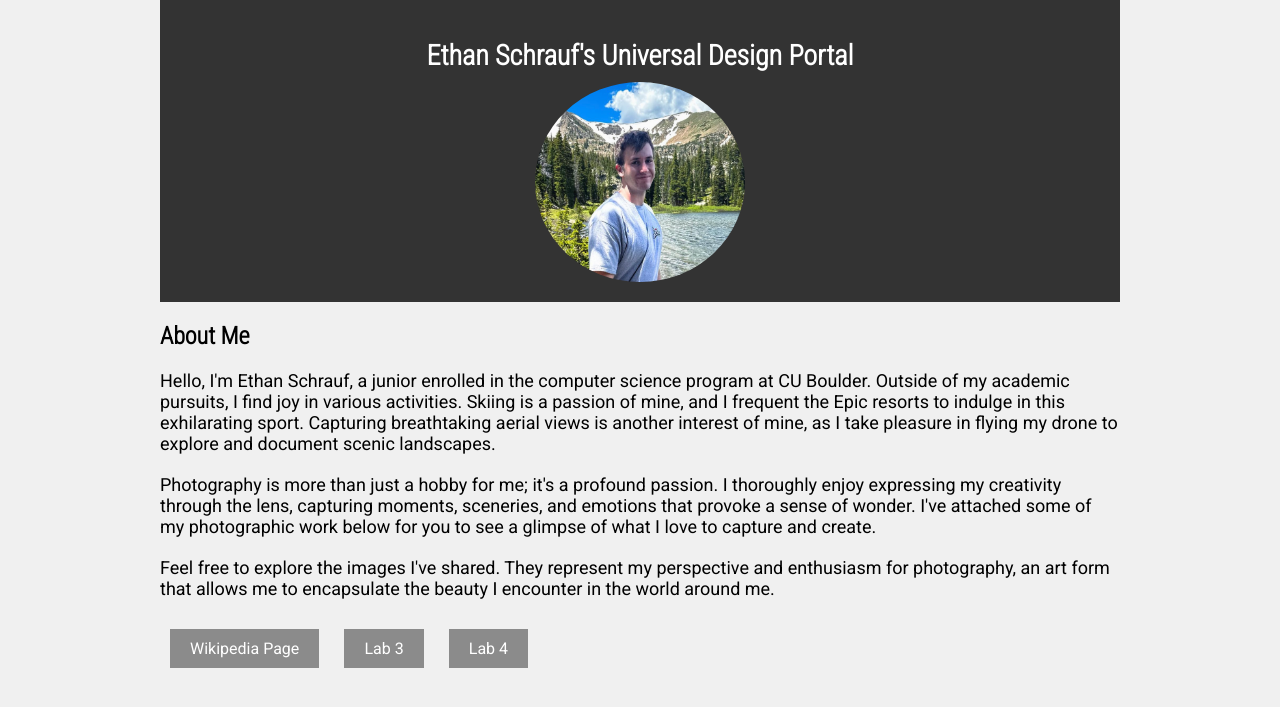
Repository: ethan-schrauf/UniversalDesignWebsite
Page: index.html
These files come from the project's save history. The page is drawn as it stood at one moment and after the next save; the edit follows.
The browser window is 1280 px wide. The pictures show the whole page.

Above is the page before, as saved 2023-10-30 22:24:57.

After the next save:
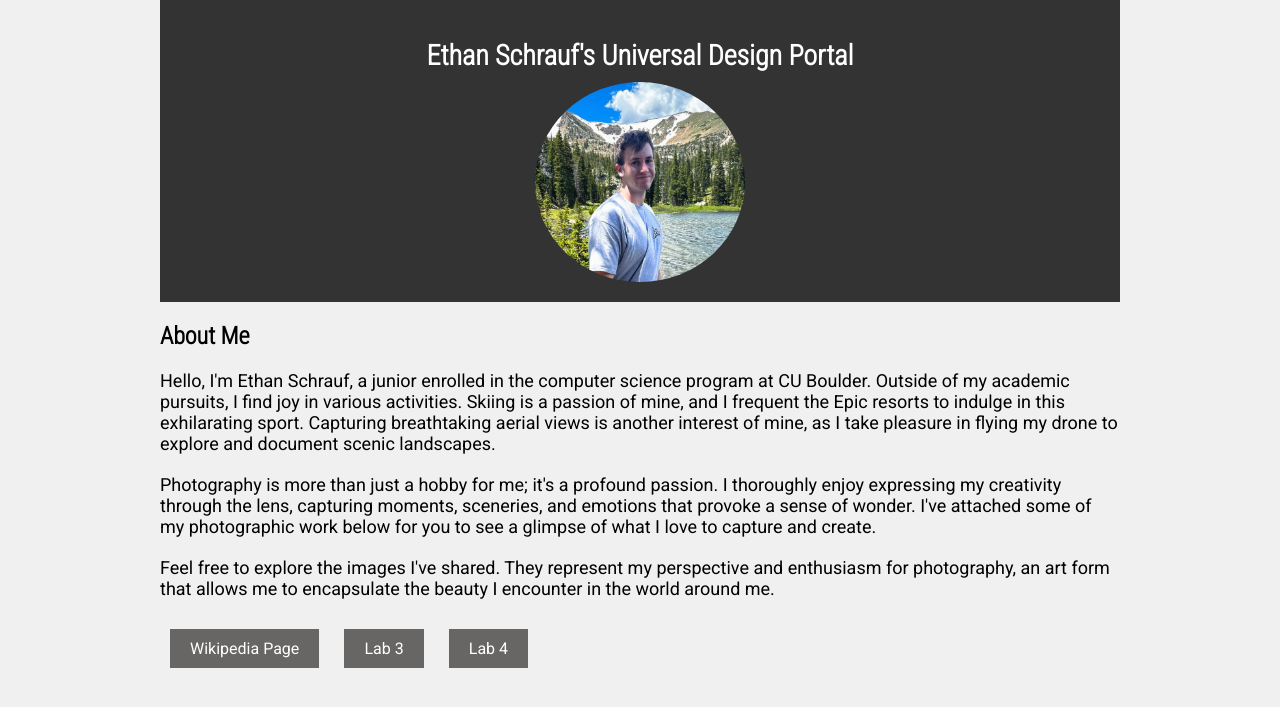
Saved 12 s later.
--- a/index.css
+++ b/index.css
@@ -55,7 +55,7 @@ p {
 button {
     font-family: Verdana, sans-serif;
     font-size: 16px;
-    background-color: rgb(139, 139, 139);
+    background-color: rgb(103, 102, 100);
     color: #fff;
     border: none;
     padding: 10px 20px;
